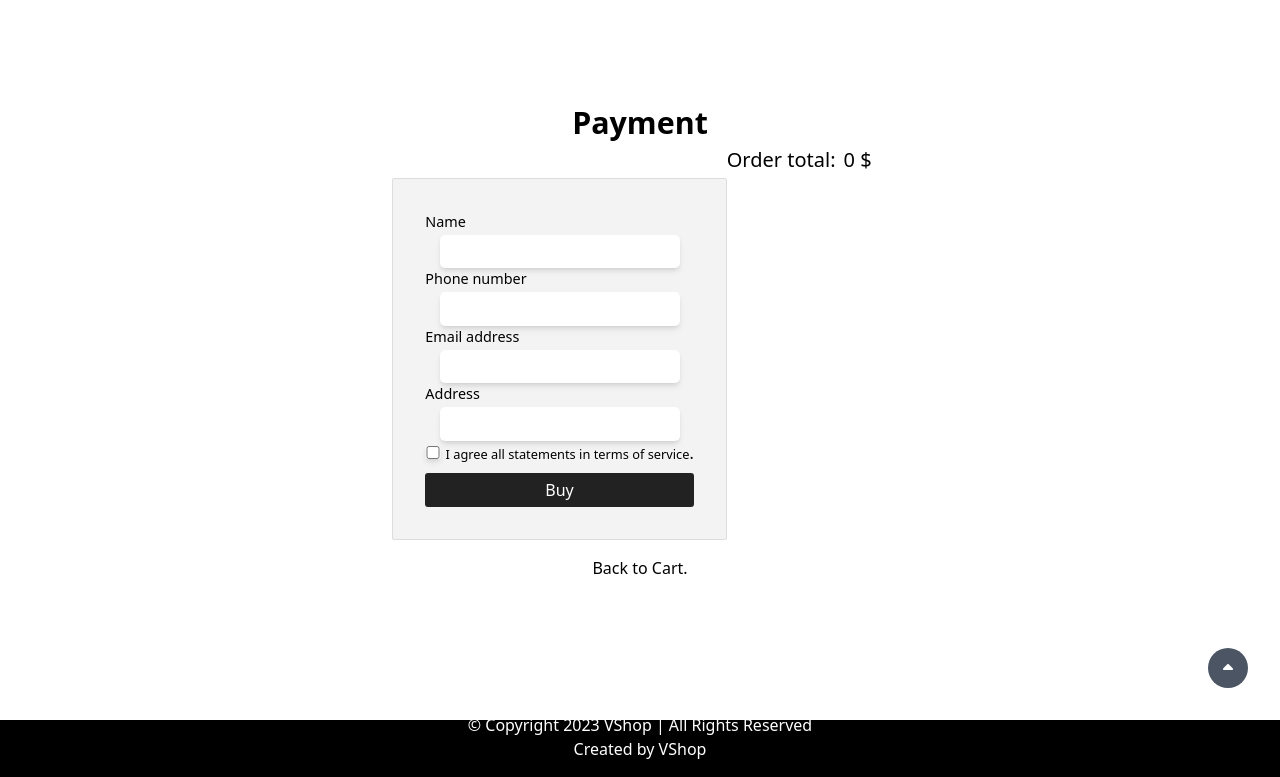
Repository: Kith933UTH/VSHOP
Page: /payment
An editor plug-in stored every save of this project. The page is shown before and after the next save, followed by the edit.
The browser window is 1280 px wide. The pictures show the whole page.
Pictures or frames that could not be fetched are drawn as grey boxes. The project was rebuilt for these pictures with package versions that can differ from the ones it lists, and the page was loaded fresh each time. Also part of the build but not shown: src/components/product-item/ProductItem.js, src/components/loader/Loader.js, src/constants/constants.js, src/components/product-filters/Category.js, src/components/product-filters/Price.js, src/components/product-filters/Rating.js, src/components/product-filters/ProductFilters.js, src/components/cart-shopping/CartEmpty.js and 20 more.

Above is the page before, as saved 2023-08-04 21:47:51.

### public/index.html
<!DOCTYPE html>
<html lang="en">
  <head>
    <meta charset="utf-8" />
    <link rel="icon" href="./logo.png" />
    <meta name="viewport" content="width=device-width, initial-scale=1" />
    <meta name="theme-color" content="#000000" />
    <meta
      name="description"
      content="Web site created using create-react-app"
    />
    <link rel="apple-touch-icon" href="%PUBLIC_URL%/logo192.png" />
    <!--
      manifest.json provides metadata used when your web app is installed on a
      user's mobile device or desktop. See https://developers.google.com/web/fundamentals/web-app-manifest/
    -->
    <link rel="manifest" href="%PUBLIC_URL%/manifest.json" />
    <!--
      Notice the use of %PUBLIC_URL% in the tags above.
      It will be replaced with the URL of the `public` folder during the build.
      Only files inside the `public` folder can be referenced from the HTML.

      Unlike "/favicon.ico" or "favicon.ico", "%PUBLIC_URL%/favicon.ico" will
      work correctly both with client-side routing and a non-root public URL.
      Learn how to configure a non-root public URL by running `npm run build`.
    -->
    <title>VShop</title>
  </head>
  <body>
    <noscript>You need to enable JavaScript to run this app.</noscript>
    <div id="root"></div>
  </body>
</html>

### src/index.js
import React from 'react'
import ReactDOM from 'react-dom/client'
import App from './App'
import {Provider} from "react-redux"
import {BrowserRouter} from "react-router-dom"
import {store} from "./redux"
import './index.css'

const root = ReactDOM.createRoot(document.getElementById('root'))
root.render(
    <Provider store={store}>
        <BrowserRouter>
            <App />
        </BrowserRouter>
    </Provider>
)

### src/redux/index.js
import {configureStore} from "@reduxjs/toolkit"
import {productsApi} from "./products/products.api"
import {productReducer} from "./products/products.slice"
import {setupListeners} from "@reduxjs/toolkit/query"

export const store = configureStore({
    reducer: {
        [productsApi.reducerPath]: productsApi.reducer,
        product: productReducer
    },
    middleware: getDefaultMiddleware => getDefaultMiddleware().concat(productsApi.middleware)
})

setupListeners(store.dispatch)

### src/index.css
@tailwind base;
@tailwind components;
@tailwind utilities;

@layer utilities {
    input[type="number"]::-webkit-inner-spin-button,
    input[type="number"]::-webkit-outer-spin-button {
        @apply appearance-none;
    }
}

html, body {
    width: 100%;
    height: 100%;
}

body::-webkit-scrollbar,
.box-item::-webkit-scrollbar,
.search-box::-webkit-scrollbar{
    width: 8px;
}

main {
    display: flex;
    flex-direction: column;
    height: 100%;
}

body::-webkit-scrollbar-thumb,
.box-item::-webkit-scrollbar-thumb,
.search-box::-webkit-scrollbar-thumb{
    background-color: #ccc;
    border-radius: 20px;
}

#root {
    height: 100%;
}

body {
    overflow: hidden;
}

.productItem:hover {
    transition: opacity .3s linear;
    opacity: .5;
}

.box-item {
    height: 320px;
    overflow-y: scroll;
}

/* Loader */
.loader-box {
    width: 100px;
    height: 100px;
    display: flex;
    justify-content: center;
    align-items: center;
    margin: 50px auto 0;
}

.loader{
    position: relative;
    width: 70px;
    height: 70px;
}

.loader span {
    position: absolute;
    top:0;
    left: 0;
    width: 100%;
    height: 100%;
    transform: rotate(calc(18deg * var(--i)));
}

.loader span::before {
    content:'';
    position: absolute;
    top: 0;
    left: 0;
    width: 10px;
    height: 10px;
    background: #000;
    border-radius: 50%;
    transform: scale(0);
    animation: animate 2s linear infinite;
    animation-delay: calc(0.1s * var(--i));
}
@keyframes animate {
    0%{
        transform: scale(0);
    }
    10%{
        transform: scale(1.2);
    }
    80%,100%{
        transform: scale(0);
    }
}

### src/context/context.js
import {createContext} from "react"

export const Context = createContext()

### src/components/footer/Footer.js
import React from "react"
import { Contact } from "../contact/Contact"
import { Policy } from "../policy/Policy"
export function Footer() {
    return (
        <footer className='bg-black text-white in-h-fit'>
            {/* <div className='max-w-[1240px] mx-auto py-2 text-sm sm:text-base'>
                <div className='flex justify-center'>
                    <a href='https://github.com/VolodymyrGoshko/react-shop'
                       target='_blank'
                       rel="noreferrer"
                       className='capitalize border-b mb-3 text-base hover:text-gray-300 transition'
                    >
                        view source code on github
                    </a>
                </div>
                <div className='flex justify-center flex-col items-center'>
                    <p className='text-center'>© Copyright 2022 React Shop | All Rights Reserved</p>
                    <a href='https://www.linkedin.com/in/volodymyr-goshko-656ab920b/'
                       target="_blank"
                       rel="noreferrer"
                       className='hover:text-gray-300 transition'
                    >
                        Created by Volodymyr Goshko
                    </a>
                </div>
            </div> */}
            <Contact />
            <Policy />
            <div className='flex justify-center flex-col items-center my-4'>
                    <p className='text-center'>© Copyright 2023 VShop | All Rights Reserved</p>
                    <a href='#' className='hover:text-gray-300 transition' >
                        Created by VShop
                    </a>
                </div>
        </footer>
    )
}

### src/components/btn-scroll/BtnScroll.js
import React from "react"
import {FontAwesomeIcon} from "@fortawesome/react-fontawesome"
import {faCaretUp} from "@fortawesome/free-solid-svg-icons"

export function BtnScroll() {
    const topClick = () => {
        const body = document.querySelector('body').getBoundingClientRect().top + window.scrollY
        window.scroll({
            top: body,
            behavior: 'smooth'
        })
    }

    return (
        <button
            className='fixed bottom-8 right-4 bg-gray-600 text-white rounded-full w-[30px] h-[30px] md:w-[40px] md:h-[40px] md:right-8 md:bottom-8 z-20 shadow-gray-600'
            onClick={topClick}
        >
            <FontAwesomeIcon icon={faCaretUp}/>
        </button>
    )
}

### src/components/payment/Payment.js
import React from "react"
import {useDispatch, useSelector} from "react-redux"
import { Link } from "react-router-dom"
import { CartItemPayment } from "./CartItemPayment"
export function Payment({login}) {
    const {cart, btnCart} = useSelector(state => state.product)
    const totalPrice = () => {
        let price = 0
        cart.forEach(item => price += item.price * item.quantity)
        return Math.round(price * 0.9 * 100) / 100
    }
    return (
        <div className="register-page text-center m-5-auto">
            <h2>Payment</h2>
            <div className="flex flex-row justify-center">
                <form action="/success">
                    <p>
                        <label>Name</label><br/>
                        <input className='shadow-md' type="text" name="name" required />
                    </p>
                    <p>
                        <label>Phone number</label><br/>
                        <input className='shadow-md' type="tel" name="tel" required />
                    </p>
                    <p>
                        <label>Email address</label><br/>
                        <input className='shadow-md' type="email" name="email" required />
                    </p>
                    <p>
                        <label>Address</label><br/>
                        <input className='shadow-md'  type="text" name="address" required />
                    </p>
                    <p className='mb-2'>
                        <input className='shadow-md' type="checkbox" name="checkbox" id="checkbox" required /> <span>I agree all statements in <a href="https://google.com" target="_blank" rel="noopener noreferrer">terms of service</a></span>.
                    </p>
                    <p>
                        <button id="sub_btn" type="submit">Buy</button>
                    </p>
                </form>
                <div className={`${cart.length > 2 ? 'box-item' : ''}`}>
                    {cart.map(item => <CartItemPayment key={item.id} item={item}/>)}
                    <div className='flex justify-center sm:justify-end'>
                        <div className='w-fit rounded-xl flex flex-col justify-between items-center sm:flex-row'>
                            <div className='mr-0 sm:mr-4'>
                                <span className='mr-2 text-base sm:text-xl'>Order total:</span>
                                <span className='text-base sm:text-xl'>{totalPrice()} $</span>
                            </div>
                        </div>
                    </div>
                </div>
            </div>
            <footer>
                <p><Link to="/">Back to Cart</Link>.</p>
            </footer>
        </div>
    )
}

### src/redux/products/products.api.js
import {createApi, fetchBaseQuery} from "@reduxjs/toolkit/query/react"

export const productsApi = createApi({
    reducerPath: 'products/api',
    baseQuery: fetchBaseQuery({
        baseUrl: 'https://fakestoreapi.com'
    }),
    // refetchOnFocus: true,
    endpoints: build => ({
        getProductsAll: build.query({
            query:() => ({
                url: '/products'
            })
        }),
        getProductById: build.query({
            query:(id) => ({
                url: `/products/${id}`
            })
        }),
        getProductByCategory: build.query({
            query:(category) => ({
                url: `/products/category/${category}`
            })
        })
    })
})

export const {
    useGetProductsAllQuery,
    useGetProductByIdQuery,
    useGetProductByCategoryQuery
} = productsApi

### src/redux/products/products.slice.js
import {createSlice} from "@reduxjs/toolkit"

const productsSlice = createSlice({
    name: 'products',
    initialState: {
        cart: [],
        btnCart: null,
        filters: {},
        search: false,
        searchFilterProducts: null
    },
    reducers: {
        clearCart(state, action) {
            state.cart = state.cart.slice(0, action.payload)
        },
        addProductToCart(state, action) {
            state.cart.push({...action.payload, quantity: 1})
        },
        incrementProductInCart(state, action) {
            const item = state.cart.find(item => item.id === action.payload)
            item.quantity++
        },
        decrementProductInCart(state, action) {
            const item = state.cart.find(item => item.id === action.payload)
            if (item.quantity === 1) {
                item.quantity = 1
            } else {
                item.quantity--
            }
        },
        toggleBtnCart(state, action) {
            state.btnCart = action.payload
        },
        removeItemFromCart(state, action) {
            state.cart = state.cart.filter(el => el.id !== action.payload)
        },
        filtersProductsByCategory(state, action) {
            state.filters = action.payload
        },
        toggleSearchForm(state, action) {
            state.search = action.payload
        },
        setSearchFilterProducts(state, action) {
            state.searchFilterProducts = action.payload
        }
    },
})

export const productReducer = productsSlice.reducer
export const {
    clearCart,
    addProductToCart,
    incrementProductInCart,
    decrementProductInCart,
    toggleBtnCart,
    removeItemFromCart,
    filtersProductsByCategory,
    toggleSearchForm,
    setSearchFilterProducts
} = productsSlice.actions

### src/components/policy/Policy.js
import React from "react"
import { Link } from "react-router-dom"
export function Policy() {
    return (
        <div className='text-white in-h-fit max-w-[1240px] mx-auto py-2 text-sm sm:text-base flex justify-around items-cente'>
            <Link className='text-lg font-medium text-center' to='/return-policy'>
                RETURN POLICIES
            </Link>
            <Link className='text-lg font-medium text-center' to='/warranty-policy'>
                WARRANTY POLICIES
            </Link>
            <Link className='text-lg font-medium text-center' to='/shipping-policy'>
                SHIPPING POLICIES
            </Link>
        </div>
    )
}

### src/components/login/index.css
/* .m-5-auto {
    margin: 5rem auto
} */

.primary-button {
    margin-top: 5rem;
    margin-right: 1rem;
    padding: .6rem;
    width: 10rem;
    background: #222;
    border: none;
    color: #fff;
    font-size: 1.2rem;
    transition: all .5s;
    cursor: pointer;
    text-transform: capitalize
}

/***    Landing Page     ***/
.main-title,
.main-para {
    color: #f1f1f1
}

.main-title {
    padding-top: 10rem;
    font-size: 5rem;
    font-family: 'Fascinate', cursive;
    text-transform: uppercase
}

.main-para {
    font-size: 2.5rem;
    text-Transform: capitalize
}

#reg_btn span {
    display: inline-block;
    position: relative;
    transition: 0.5s;
}

#reg_btn span:after {
    content: '\00bb';
    position: absolute;
    opacity: 0;
    top: 0;
    right: -20px;
    transition: 0.5s;
}

#reg_btn:hover span {
  padding-right: 25px;
}

#reg_btn:hover span:after {
  opacity: 1;
  right: 0;
}

/***    Login Page     ***/
.login-page h2 {
    font-weight: 700;
    font-size: 1.9rem;
}
.login-page {
    position: fixed;
    top: 0;
    left: 0;
    right: 0;
    bottom: 0;
    z-index: 10;
    background-color: white;
    padding-top: 100px;
}

.login-page form {
    display: inline-block;
    background: #f3f3f3;
    border: 1px solid #ddd;
    border-radius: 2px;
    padding: 2rem;
    margin: 2rem 0 1rem 0
}

.login-page form label {
    float: left;
    font-size: .9rem;
    margin: 0;
    padding: 0
}

.right-label {
    float: right;
    cursor: pointer
}

.login-page input {
    width: 15rem;
    padding: .3rem;
    border-radius: 5px;
    outline: none;
    border: none
}

#sub_btn {
    display: block;
    width: 100%;
    padding: .3rem;
    border: none;
    background: #222;
    color: #fff;
    border-radius: 3px;
}

#sub_btn:hover {
    background: #333;
    transition: all .5s
}

/* footer p {
    margin: 0;
    font-size: .9rem
} */

/***    Register Page     ***/
#checkbox {
    width: 1rem
}

form span {
    font-size: .8rem
}

#reset_pass_lbl {
    float: left
}

/***    Home Page     ***/
.home-page-title {
    color: #222
}


.register-page input {
    width: 15rem;
    padding: .3rem;
    border-radius: 5px;
    outline: none;
    border: none
}

.register-page h2 {
    font-weight: 700;
    font-size: 1.9rem;
}
.register-page {
    position: fixed;
    top: 0;
    left: 0;
    right: 0;
    bottom: 0;
    z-index: 10;
    background-color: white;
    padding-top: 100px;
}

.register-page form {
    display: inline-block;
    background: #f3f3f3;
    border: 1px solid #ddd;
    border-radius: 2px;
    padding: 2rem;
    margin: 2rem 0 1rem 0
}

.register-page form label {
    float: left;
    font-size: .9rem;
    margin: 0;
    padding: 0
}

### src/components/contact/index.css
.contact-section {
    /* height: 96vh; */
    width: 100%;
    border-bottom: 1px solid #999;
}

.form-area {
    position: relative;
    /* height:84vh; */
    width: 100%;
    background: black;
    -webkit-box-sizing: border-box;
    box-sizing: border-box;
}

.form-area .form-wrap {
    /* position: absolute; */
    /* left: 50%;
    -webkit-transform: translateX(-50%);
    -ms-transform: translateX(-50%);
    transform: translateX(-50%); */
    width: 1120px;
    background-color: white;
    background-size: cover;
    background-position: center;
    border-radius: 0.2rem;
    -webkit-box-sizing: border-box;
    box-sizing: border-box;
    -webkit-box-shadow: 0 0 0.4rem 0 #999;
    box-shadow: 0 0 0.4rem 0 #999;
}

.form-wrap .title {
    padding-top: 2.4rem;
    width: 100%;
    -webkit-box-sizing: border-box;
    box-sizing: border-box;
}

.form-wrap .title h1 {
    color: black;
    font-size: 2.6rem;
    text-align: center;
}

.form-wrap .contact-area {
    padding-top: 3rem;
    display: -webkit-box;
    display: -ms-flexbox;
    display: flex;
    width: 100%;
    height: auto;
    -webkit-box-sizing: border-box;
    box-sizing: border-box;
}

.contact-area .contact-info {
    display: flex;
    flex-direction: column;
    justify-content: center;
    align-items: center;
    width: 35%;
    height: 100%;
    margin-left: 6rem;
}

.contact-info>div {
    margin-bottom: 1rem;
    display: -webkit-box;
    display: -ms-flexbox;
    display: flex;
    -webkit-box-align: center;
    -ms-flex-align: center;
    align-items: center;
}

.contact-info>div>p {
    color: #333;
    font-size: 1.4rem;
    font-weight: 500;
    text-align: center;
}

.contact-info>div>span {
    color: #61790a;
    font-size: 2rem;
    margin-right: 0.8rem;
}

.contact-area .contact-form {
    display: -webkit-box;
    display: -ms-flexbox;
    display: flex;
    -webkit-box-orient: vertical;
    -webkit-box-direction: normal;
    -ms-flex-direction: column;
    flex-direction: column;
    width: 60%;
    height: auto;
    padding: 0 3rem;
    -webkit-box-sizing: border-box;
    box-sizing: border-box;
}

.contact-form .name-field {
    display: -webkit-box;
    display: -ms-flexbox;
    display: flex;
    -webkit-box-pack: justify;
    -ms-flex-pack: justify;
    justify-content: space-between;
}

.name-field .input-area {
    width: 48%;
}

.contact-form .input-area {
    position: relative;
    margin-bottom: 2rem;
}

.input-area input {
    height: 3rem;
    width: 100%;
    color: #333;
    font-size: 1.2rem;
    border: 2px solid #fff;
    border-radius: 0.2rem;
    /* background: #eff; */
    -webkit-box-shadow: 0 0 0.1rem #666;
    box-shadow: 0 0 0.1rem #666;
    outline: none;
    padding: 0 1rem;
    -webkit-box-sizing: border-box;
    box-sizing: border-box;
    -webkit-transition: all 0.3s ease;
    -o-transition: all 0.3s ease;
    transition: all 0.3s ease;
}

.input-area label {
    position: absolute;
    top: 50%;
    left: 1rem;
    -webkit-transform: translateY(-50%);
    -ms-transform: translateY(-50%);
    transform: translateY(-50%);
    color: #333;
    font-size: 1.2rem;
    font-weight: 500;
    -webkit-transition: all 0.3s ease;
    -o-transition: all 0.3s ease;
    transition: all 0.3s ease;
}

.input-area input:focus~label,
.input-area input:valid~label {
    top: -0.8rem;
    left: 0;
    color: #fff;
    background: #111;
    border-radius: 5px;
    padding: 0.2rem;
    font-size: 1rem;
}

.contact-form .message-area {
    position: relative;
    -webkit-box-flex: 1;
    -ms-flex: 1 1 auto;
    flex: 1 1 auto;
    height: 200px;
    width: 100%;
}

.message-area textarea {
    height: 100%;
    width: 100%;
    border: 2px solid #fff;
    outline: none;
    font-size: 1.2rem;
    padding: 1rem;
    color: #333;
    -webkit-box-sizing: border-box;
    box-sizing: border-box;
    -webkit-box-shadow: 0 0 0.1rem #666;
    box-shadow: 0 0 0.1rem #666;
    border-radius: 0.2rem;
    resize: vertical;
    -webkit-transition: all 0.3s ease;
    -o-transition: all 0.3s ease;
    transition: all 0.3s ease;
}

.message-area label {
    position: absolute;
    color: #333;
    font-weight: 500;
    font-size: 1.2rem;
    top: 1rem;
    left: 1rem;
    -webkit-transition: all 0.3s ease;
    -o-transition: all 0.3s ease;
    transition: all 0.3s ease;
}

.message-area textarea:focus~label,
.message-area textarea:valid~label {
    top: -1.6rem;
    left: 0;
    color: #fff;
    padding: 0.2rem;
    background: #111;
    font-size: 1rem;
}

.contact-form .btn {
    margin-top: 1.8rem;
}

.contact-form .btn button {
    height: 3.2rem;
    width: 8rem;
    border: none;
    outline: none;
    color: #fff;
    font-size: 1.2rem;
    background: black;
    border-radius: 0.1rem;
    cursor: pointer;
}

#contact.menu-active {
    padding-top: 2rem;
}

### src/components/contact/reponsive.css
@media screen and (min-width: 940px) and (max-width: 1360px) {
    /* .contact-section {
        height: 107vh;
    } */
    .form-area .form-wrap {
        width: 90%;
        height: 620px;
    }
}

@media screen and (max-width: 1040px) {
    .contact-area .contact-info {
        margin-left: 0;
        display: flex;
        flex-direction: column;
        justify-content: center;
        align-items: center;
    }

    .contact-area .contact-form {
        padding: 0 1.8rem;
    }

}



@media screen and (max-width: 940px) {
    /* .contact-section {
        height: 148vh;
    } */

    .form-area .form-wrap {
        padding-bottom: 3.6rem;
        width: 80%;
        height: auto;
    }

    .form-wrap .contact-area {
        -webkit-box-orient: vertical;
        -webkit-box-direction: normal;
        -ms-flex-direction: column;
        flex-direction: column;
        -webkit-box-pack: center;
        -ms-flex-pack: center;
        justify-content: center;
    }

    .contact-area .contact-info {
        width: 100%;
    }

    .contact-area .contact-form {
        width: 100%;
        padding: 1rem 4rem 0 4rem;
    }
}

/*
@media screen and (max-width: 836px) {
    .contact-section {
        min-height: 96vh;
    }
} */

@media screen and (max-width: 770px) {
    .contact-section {
        height: 1100px;
    }

    .form-area .form-wrap {
        width: 88%;
        height: auto;
    }
}

@media screen and (max-width: 680px) {
    .contact-section {
        height: 1100px;
    }


    .form-area .form-wrap {
        /* top: -82%; */
        width: 88%;
        height: auto;
    }

}


@media screen and (max-width: 490px) {
    .contact-section {
        height: 1100px;
    }

    .contact-area .contact-info {
        width: 88%;
        margin-left: 1.2rem;
    }

    .form-area .form-wrap {
        /* top: -82%; */
        width: 88%;
        height: auto;
    }

    .contact-info>div>p {
        font-size: 1.2rem;
    }

    .contact-area .contact-form {
        margin-top: 1.4rem;
        padding: 0 1.2rem;
    }

}

@media screen and (max-width: 390px) {
    .contact-section {
        height: 1130px;
    }

    .contact-area .contact-info {
        width: 80%;
        /* margin-left: 1.2rem; */
    }

    .form-area .form-wrap {
        width: 90%;
        height: auto;
    }

    .contact-info>div>p {
        font-size: 1.2rem;
    }

    .contact-area .contact-form {
        width: 100%;
        padding: 1rem 1rem 0 1rem;
    }
}


@media screen and (max-width: 340px) {
    .contact-section {
        height: 980px;
    }

    .form-area .form-wrap {
        top: -86%;
        width: 96%;
    }

    .contact-area  {
        width: 100%;
    }

    .contact-area .contact-info {
        width: 100%;
        margin-left: 1rem;
    }

    .form-wrap .title h1 {
        font-size: 2rem;
    }

    .contact-info>h2 {
        font-size: 1.6rem;
    }

    .contact-info>div>p {
        font-size: 1rem;
    }

    .contact-info>div>span {
        font-size: 1.2rem;
    }

    .input-area label {
        font-size: 1rem;
    }

    .message-area label {
        font-size: 1rem;
    }

}

Loaded but not shown: tailwind.config.js (common file); src/components/contact/Contact.js (66 lines, source omitted); src/App.js (43 lines, source omitted)

After the next save:
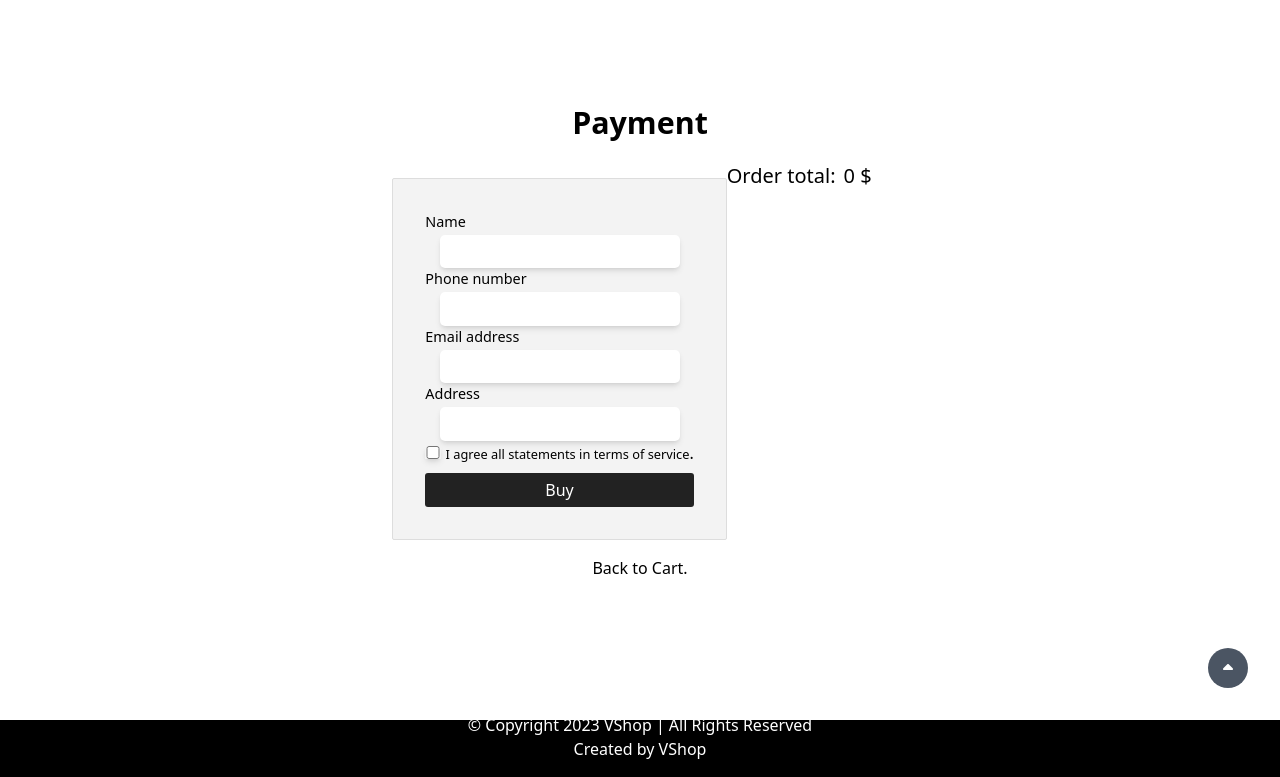
Saved 31 s later.
--- a/src/components/payment/Payment.js
+++ b/src/components/payment/Payment.js
@@ -39,9 +39,9 @@ export function Payment({login}) {
                 </form>
                 <div className={`${cart.length > 2 ? 'box-item' : ''}`}>
                     {cart.map(item => <CartItemPayment key={item.id} item={item}/>)}
-                    <div className='flex justify-center sm:justify-end'>
+                    <div className='flex justify-center sm:justify-end pt-4'>
                         <div className='w-fit rounded-xl flex flex-col justify-between items-center sm:flex-row'>
-                            <div className='mr-0 sm:mr-4'>
+                            <div className='mr-0 sm:mr-4 text-semibold'>
                                 <span className='mr-2 text-base sm:text-xl'>Order total:</span>
                                 <span className='text-base sm:text-xl'>{totalPrice()} $</span>
                             </div>
